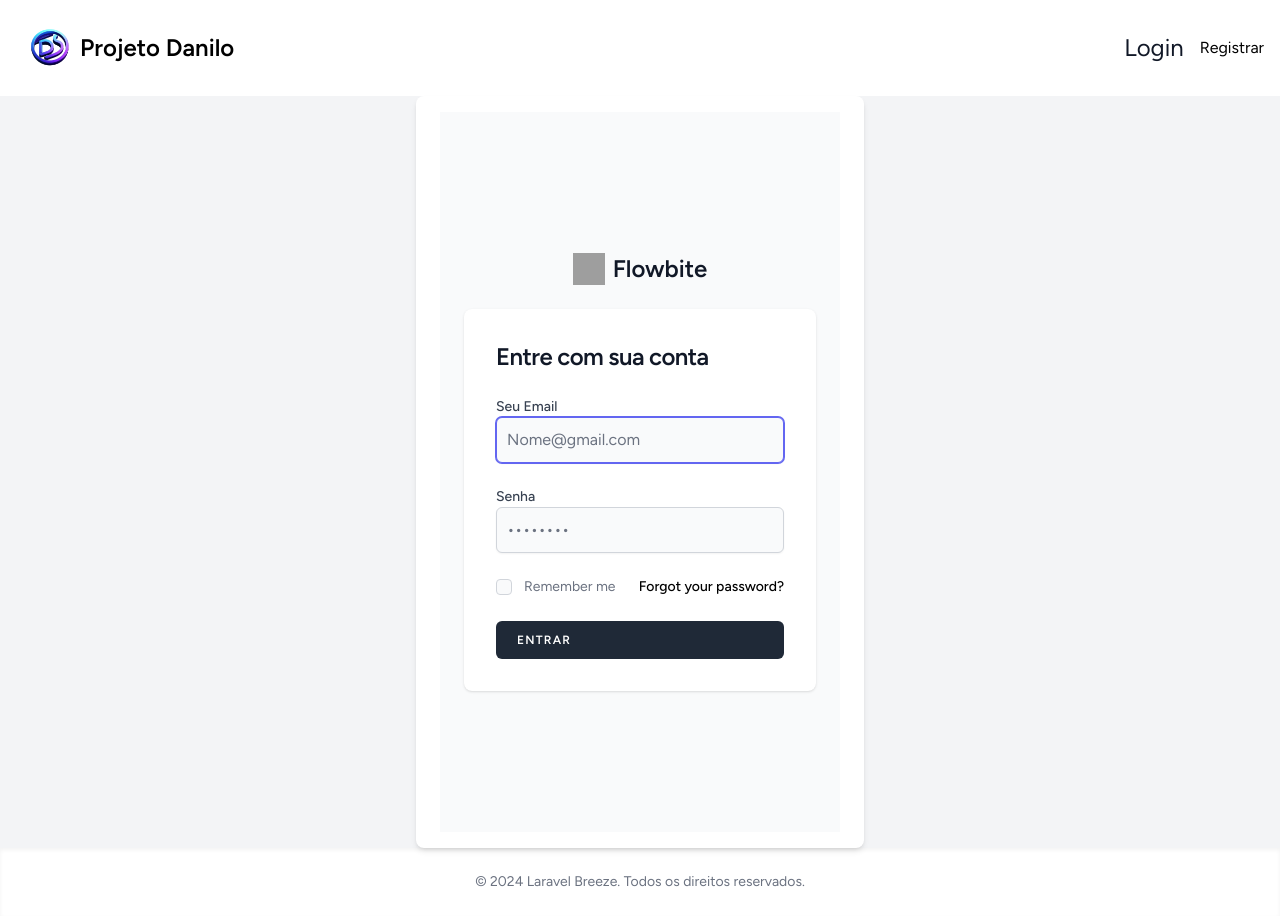
Repository: DaniloSsoares/Projeto-Laravel-site
Page: http://localhost/login
These files come from the project's save history. The page is drawn as it stood at one moment and after the next save; the edit follows.
The browser window is 1280 px wide. The pictures show the whole page.
Pictures or frames that could not be fetched are drawn as grey boxes. The page is served by the project's Laravel application, run on PHP 8.4 with Laravel 12. Style sheets and scripts are compiled from the project's sources, by tool versions that may differ from the author's.

Above is the page before, as saved 2024-09-10 12:51:24.

After the next save:
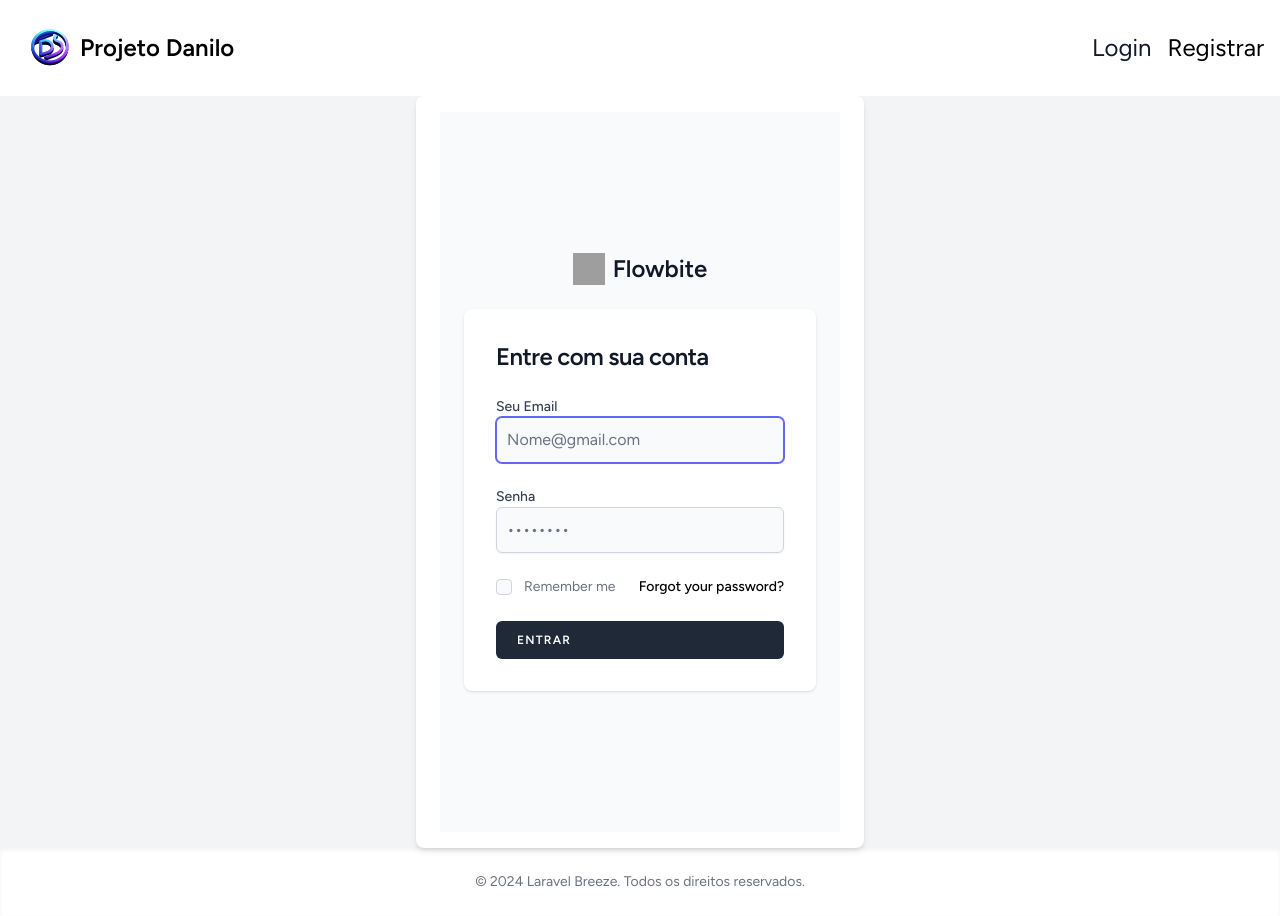
Saved 8 s later.
--- a/Projeto_Laravel_Crud/resources/views/layouts/guest.blade.php
+++ b/Projeto_Laravel_Crud/resources/views/layouts/guest.blade.php
@@ -32,7 +32,7 @@
                     @endauth
                     @guest
                         <a href="{{ route('login') }}" class=" text-2xl block py-2 px-3 text-gray-900 rounded hover:bg-gray-100 md:hover:bg-transparent md:hover:text-blue-700 md:p-0 dark:text-black md:dark:hover:text-blue-500 dark:hover:bg-gray-700 dark:hover:text-white md:dark:hover:bg-transparent dark:border-gray-700">Login</a>
-                        <a href="{{ route('register') }}" class="block py-2 px-3 text-black rounded hover:bg-gray-100 md:hover:bg-transparent md:hover:text-blue-700 md:p-0 dark:text-black md:dark:hover:text-blue-500 dark:hover:bg-gray-700 dark:hover:text-white md:dark:hover:bg-transparent dark:border-gray-700">Registrar</a>
+                        <a href="{{ route('register') }}" class=" text-2xl block py-2 px-3 text-black rounded hover:bg-gray-100 md:hover:bg-transparent md:hover:text-blue-700 md:p-0 dark:text-black md:dark:hover:text-blue-500 dark:hover:bg-gray-700 dark:hover:text-white md:dark:hover:bg-transparent dark:border-gray-700">Registrar</a>
                     @endguest
                 </div>
             </div>
